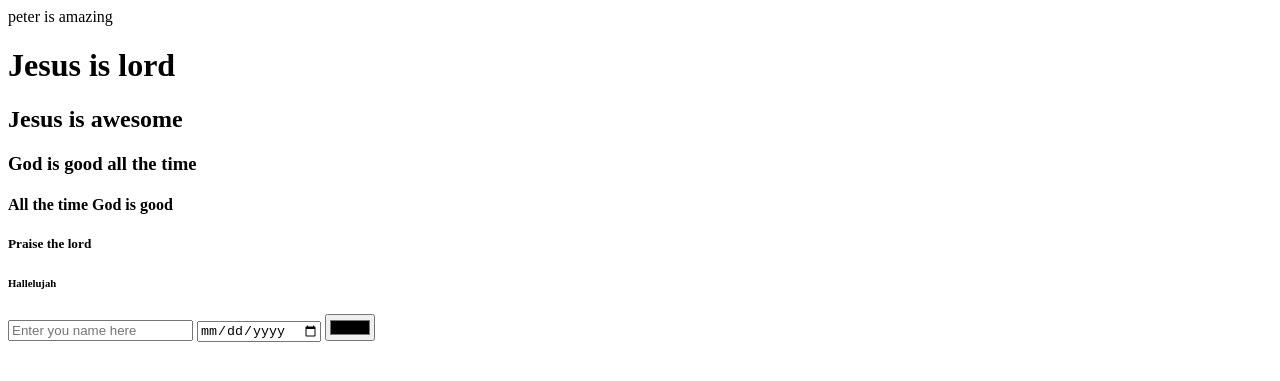
Repository: sheddy1/peter1
Page: work1.html
An editor plug-in stored every save of this project. The page is shown before and after the next save, followed by the edit.
The browser window is 1280 px wide. The pictures show the whole page.

Above is the page before, as saved 2025-11-04 11:59:51.

After the next save:
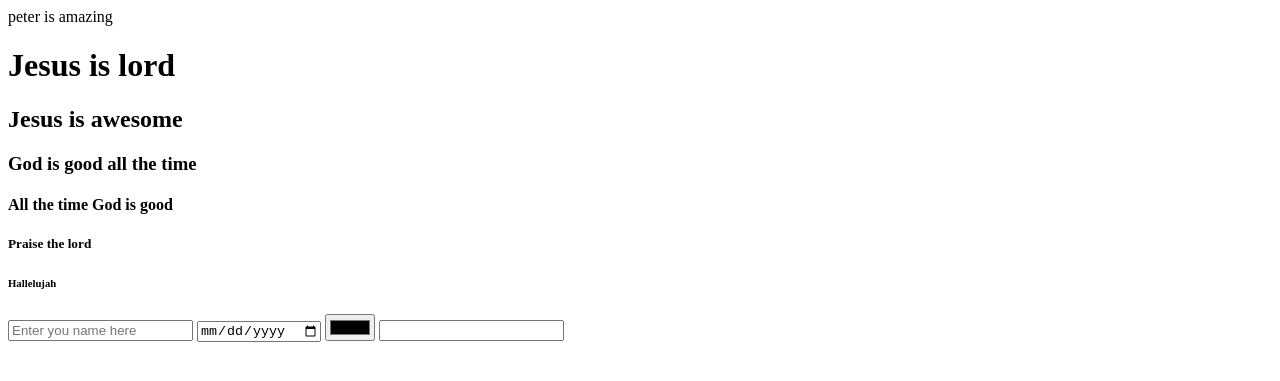
Saved 46 s later.
--- a/work1.html
+++ b/work1.html
@@ -12,4 +12,6 @@
     <input type="date">
 
     <input type="color">
+
+    <input type="video">
 </html>
